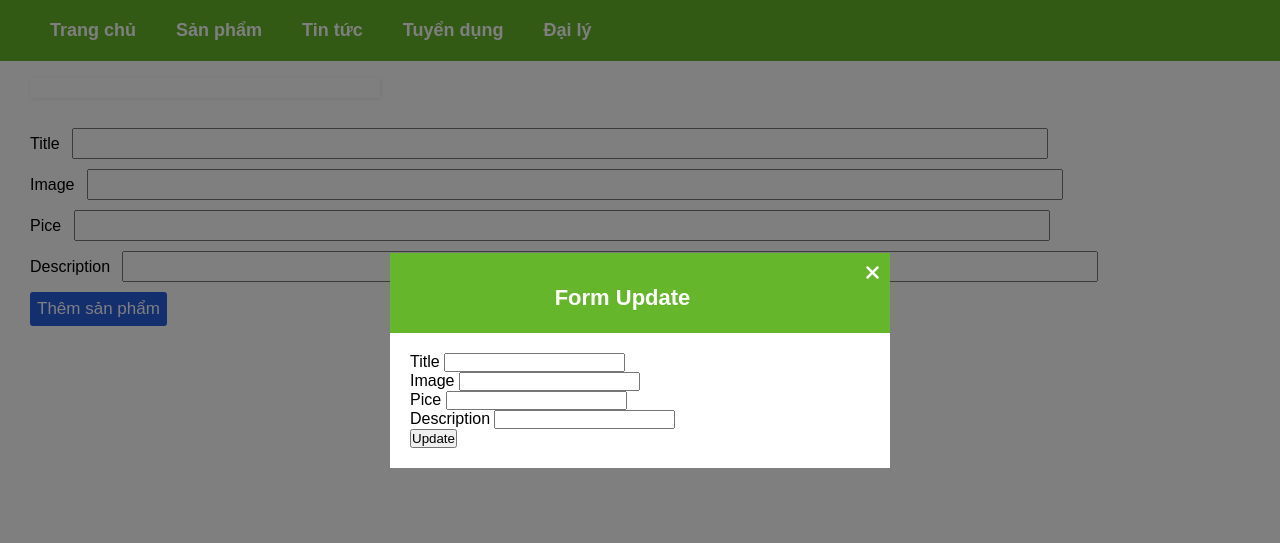
Repository: Ngoc28/CURD_HTML-CSS_JS_JSON
Page: index.html
These files come from the project's save history. The page is drawn as it stood at one moment and after the next save; the edit follows.
The browser window is 1280 px wide. The pictures show the whole page.
The page's requests for data from a server got no answer.

Above is the page before, as saved 2023-04-11 09:49:23.

### index.html
<!DOCTYPE html>
<html lang="en">
<head>
    <meta charset="UTF-8">
    <meta http-equiv="X-UA-Compatible" content="IE=edge">
    <meta name="viewport" content="width=device-width, initial-scale=1.0">
    <title>CURD Cơ bản</title>
    <link rel="stylesheet" href="https://cdnjs.cloudflare.com/ajax/libs/font-awesome/6.4.0/css/all.min.css" integrity="sha512-iecdLmaskl7CVkqkXNQ/ZH/XLlvWZOJyj7Yy7tcenmpD1ypASozpmT/E0iPtmFIB46ZmdtAc9eNBvH0H/ZpiBw==" crossorigin="anonymous" referrerpolicy="no-referrer" />
    <link rel="stylesheet" href="./asset/css/style.css">
</head>
<body>
    <header class="header-menu">
        <ul class="list-menu">
            <li class="item-menu"><a href="">Trang chủ</a></li>
            <li class="item-menu"><a href="">Sản phẩm</a></li>
            <li class="item-menu"><a href="">Tin tức</a></li>
            <li class="item-menu"><a href="">Tuyển dụng</a></li>
            <li class="item-menu"><a href="">Đại lý</a></li>
        </ul>
    </header>
    <div class="main">
        <div class="title-product">
            <h2 class="title">Sản phẩm của chúng tôi</h2>
        </div>
        <div class="products">
            <div class="product">
                <!-- <h3 class="product-name">Coca-Cola</h3>
                <img src="https://cdn.tgdd.vn/Products/Images/2947/190310/bhx/sua-trai-cay-nutriboost-huong-cam-297ml-202202122134380628.jpg" alt="" class="product-img">
                <spam class="product-price">18.000</spam>
                <span class="product-description">Nutriboost là thức uống dinh dưỡng kết hợp sữa và nước trái cây thơm ngon, giúp bạn luôn tràn năng lượng cho một ngày làm việc hiệu quả.</span> -->
            </div>
        </div>
    </div>
    <div class="form">
        <div class="form-1">
            <label for="">Title</label>
            <input type="text" name="title">
        </div>
        <div class="form-1">
            <label for="">Image</label>
            <input type="text" name="image">
        </div>
        <div class="form-1">
            <label for="">Pice</label>
            <input type="text" name="price">
        </div>
        <div class="form-1">
            <label for="">Description</label>
            <input type="text" name="description">
        </div>
        <button type="submit" id="create">Thêm sản phẩm</button>
    </div>

    <!-- formUpdate -->
    <div class="formUpdate">
        <div class="modal">
            <header>
                <i class="update-icon fa-solid fa-xmark"></i>
                <h1>
                    Form Update
                </h1>
            </header>
            <div class="modal-body">
                <div class="form-2">
                    <label for="">Title</label>
                    <input type="text" name="title">
                </div>
                <div class="form-2">
                    <label for="">Image</label>
                    <input type="text" name="image">
                </div>
                <div class="form-2">
                    <label for="">Pice</label>
                    <input type="text" name="price">
                </div>
                <div class="form-2">
                    <label for="">Description</label>
                    <input type="text" name="description">
                </div>
                <button type="submit" id="update">Update</button>
            </div>
        </div>
    </div>
    <script src="/script.js"></script>
</body>
</html>

### asset/css/style.css
*{
    padding: 0;
    margin: 0;
    box-sizing: border-box;
}

body {
    font-family: Arial, Helvetica, sans-serif;
}

.header-menu {
    position: fixed;
    top: 0;
    left: 0;
    right: 0;
    background-color: #66b62b;
    font-size: 18px;
    font-weight: 600;
}

.list-menu {
    display: flex;
    margin: 0 30px;
}

.item-menu {
    list-style: none;
}

.item-menu a {
    padding: 20px;
    display: block;
    text-decoration: none;
    color: #fff;
}

.item-menu a:hover {
    background-color: #ffd400;
    display: block;
}

/* Product */
.main {
    margin: 30px 30px 10px 30px;
}

.title-product {
    margin-bottom: 20px;
}


.title-product .title {
    text-align: center;
    color: #d72b27;
}

.products {
    display: flex;
    justify-content: space-between;
    flex-wrap: wrap;
}

.product {
    width: 350px;
    cursor: pointer;
    box-shadow: 1px 1px 5px   rgba(0, 0, 0, 0.09);
    margin-bottom: 20px;
    padding: 10px;
}


.product h3:hover {
    color: #d72b27;
}


.product-name {
    text-align: center;
}

.product-img {
    width: 100%;
    object-fit: cover;
}


.product .product-price:hover {
    color: #66b62b;
}

.product-price {
    color: #d72b27;
    margin: 10px 10px 6px;
    display: flex;
    justify-content: center;
    font-weight: 600;
}

.product-description {
    font-size: 15px;
    font-weight: 400;
    line-height: 20px;
    height: 40px;
    margin: 10px 10px 6px;
    overflow: hidden;
    display: block;
    display: -webkit-box;
    -webkit-box-orient: vertical;
    -webkit-line-clamp: 2;
}


.btn {
    display: flex;
    justify-content: center;
}


.delete-btn{
    margin-right: 10px;
}

.update-btn,
.delete-btn {
    padding: 8px;
    background-color: #66b62b;
    color: #fff;
    font-size: 15px;
    border: none;
    border-radius: 3px;
}

.update-btn:hover,
.delete-btn:hover {
    background-color: #336013;
}

/* Form */
.form {
    margin: 0 30px;

}

.form-1{
    margin-bottom: 10px;
}

.form-1 label {
    font-size: 16px;
    margin-right: 8px;
    width: 90px;
}

.form-1 input {
    padding: 5px;
    font-size: 15px;
    width: 80%;
}

.form button {
    padding: 7px;
    background-color: #295fdd;
    color: #fff;
    font-size: 17px;
    border: none;
    border-radius: 3px;
}

.form button:hover {
    background-color: #172e62;
}

/* FormUpdate */

.formUpdate {
    position:fixed;
    top: 0;
    right: 0;
    bottom: 0;
    left: 0;
    background-color: rgba(0, 0, 0, 0.5);
    display: flex;
    align-items: center;
    justify-content: center;
}

.modal {
    background-color: #fff;
}

.modal header {
    background-color: #66b62b;
    color: #fff;
    height: 80px;
    width: 500px;
}

.modal h1 {
    line-height: 90px;
    text-align: center;
    font-size: 22px;
}

.modal .update-icon {
    float: right;
    padding: 10px;
    font-size: 20px;
    color: #fff;
}

.modal .update-icon:hover {
    color: #d72b27;
}

.modal-body {
    padding: 20px;
}

### script.js
let productsApi = 'http://localhost:3000/products';

function start() {
    getProducts(renderProducts);

    handleCreateForm()
}

start();

//lay ra san pham

function getProducts(callback) {

    fetch(productsApi)
    .then(function(response) {
        return response.json();
    })
    .then(callback);
}

function createProduct(data, callback) {
    var options = {
        method: 'POST',
        body: JSON.stringify(data),
        headers: {
            "Content-Type": "application/json",
            // 'Content-Type': 'application/x-www-form-urlencoded',
          }
    };
    fetch(productsApi, options)
        .then(function(response) {
            response.json();
        })
        .then(callback);

}

function handleDeleteProduct(id) {
    var options = {
        method: 'DELETE',
        headers: {
            "Content-Type": "application/json",
            // 'Content-Type': 'application/x-www-form-urlencoded',
          }
    };
    fetch(productsApi + '/' + id, options)
        .then(function(response) {
            response.json();
        })
        .then(function() {
           var productItem = document.querySelector('.product-item-' + id);
           if(productItem) {
            productItem.remove();
           }
        });
}


//show du lieu ra man hinh
function renderProducts(products) {
    var listProducts = document.querySelector('.products');

    var htmls = products.map(function(product) {
        return `
        <div class="product product-item-${product.id}">
            <h3 class="product-name">${product.title}</h3>
            <img src="${product.image}" class="product-img">
            <spam class="product-price">${product.price}đ</spam>
            <span class="product-description">${product.description}</span>
            <div class="btn">
                <button onclick="handleDeleteProduct(${product.id})" class="delete-btn">Delete</button>
                <button onclick="UpdateProduct()" class="update-btn">Update</button>
            </div>
        </div>`

    })

    listProducts.innerHTML = htmls.join('');
}

function handleCreateForm() {
    var createBtn = document.querySelector('#create');

    createBtn.onclick = function() {
        var title = document.querySelector('input[name="title"]').value;
        var image = document.querySelector('input[name="image"]').value;
        var price = document.querySelector('input[name="price"]').value;
        var description = document.querySelector('input[name="description"]').value;

        var formData = {
            title: title,
            image: image,
            price: price,
            description: description
        }

        createProduct(formData, function() {
            getProducts(renderProducts);
        });

    }
}

After the next save:
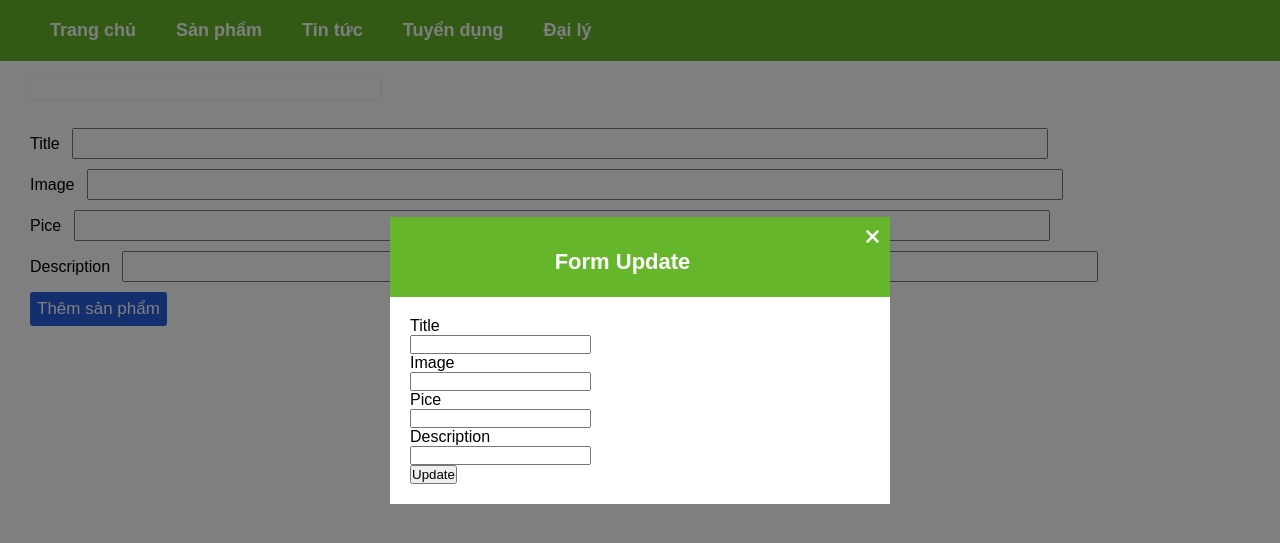
Saved 91 s later.
--- a/asset/css/style.css
+++ b/asset/css/style.css
@@ -215,3 +215,7 @@ body {
 .modal-body {
     padding: 20px;
 }
+
+.form-2 label {
+    display: block;
+}
